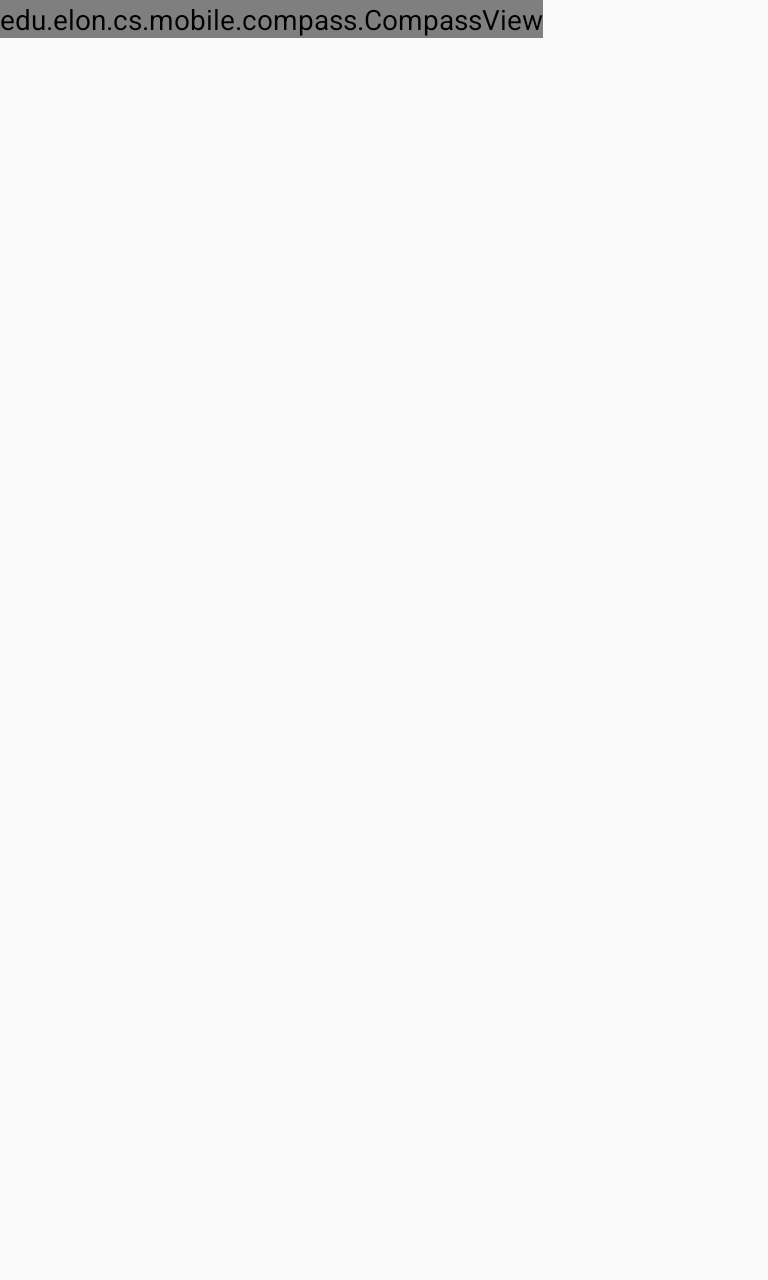
Repository: cryder3/csc303
Layout: Compass/res/layout/activity_main.xml
The author's editor kept a copy of each file at every save. The layout is drawn from the files as they stood at one save, then again after the next save.
Pictures or frames that could not be fetched are drawn as grey boxes. It is drawn on a 768 x 1280 px phone screen (xhdpi) without system bars, with theme AppTheme; the app's code is not run.

Above is the layout before, as saved 2014-09-09 15:43:21.

After the next save:
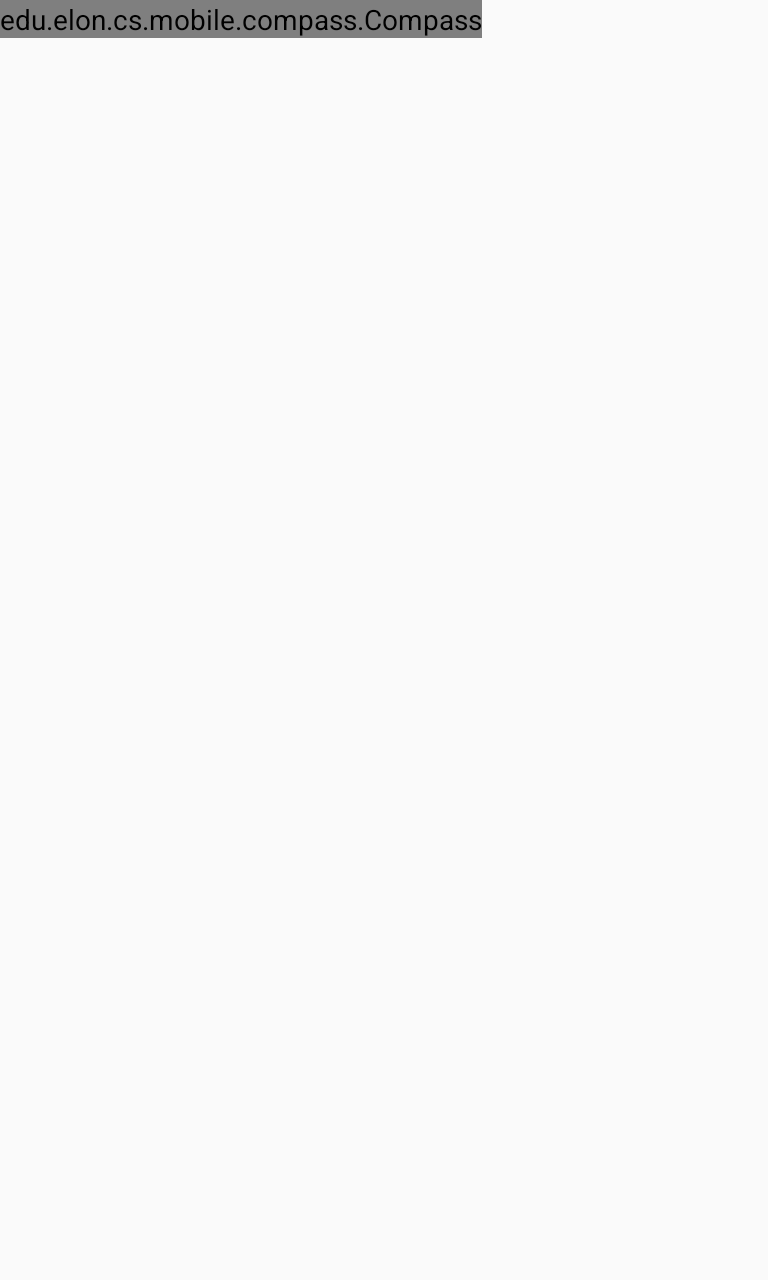
Saved 3 min 0 s later.
--- a/Compass/res/layout/activity_main.xml
+++ b/Compass/res/layout/activity_main.xml
@@ -4,7 +4,8 @@
     android:layout_height="match_parent"
     tools:context="${relativePackage}.${activityClass}" >
 
-    <edu.elon.cs.mobile.compass.CompassView
+    <edu.elon.cs.mobile.compass.Compass
+        android:id="@+id/compass"
         android:layout_width="wrap_content"
         android:layout_height="wrap_content"
         android:text="@drawable/compass" />
